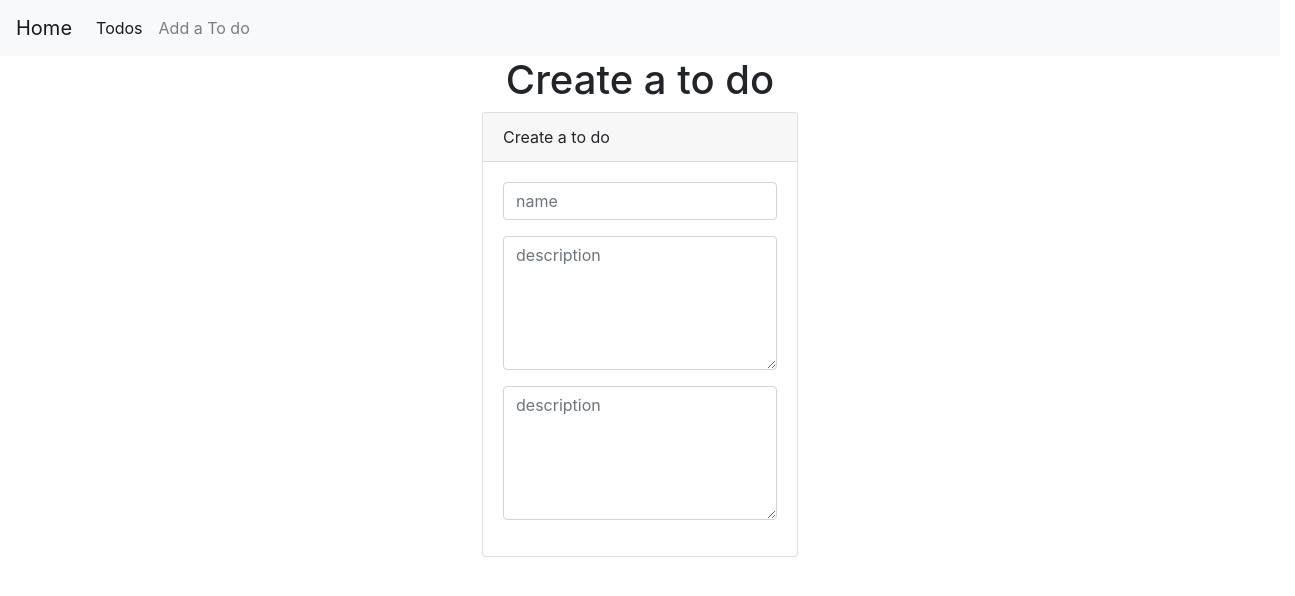
Repository: Azariagmt/laravel-to-do-app
Page: http://localhost/new-to-do
These files come from the project's save history. The page is drawn as it stood at one moment and after a run of saves; the edit follows.
The browser window is 1280 px wide. The page is 1295 px wide, so the pictures cover 1295 px, including what lies to the right of the window. The pictures show the whole page.
The page is served by the project's Laravel application, run on PHP 8.4 with Laravel 8. Other server files are loaded and not shown.

Above is the page before, as saved 2020-04-27 22:57:07.

### routes/web.php
<?php

use Illuminate\Support\Facades\Route;

/*
|--------------------------------------------------------------------------
| Web Routes
|--------------------------------------------------------------------------
|
| Here is where you can register web routes for your application. These
| routes are loaded by the RouteServiceProvider within a group which
| contains the "web" middleware group. Now create something great!
|
*/

Route::get('/', function () {
    return view('welcome');
});

Route::get('/todos', 'TodosController@index')->name('todos');

Route::get('todos/{todo}', 'TodosController@show')->name('todo');

Route::get('/new-to-do', 'TodosController@new')->name('new');

### app/Http/Controllers/TodosController.php
<?php

namespace App\Http\Controllers;

use Illuminate\Http\Request;
use App\Todo;

class TodosController extends Controller
{
    public function index(){
        $todos = Todo::all();
        return view('todos.index', [
            'todos' => $todos
        ]);
    }
    public function show($todoId){

        $todo = Todo::find($todoId);
        return view('todos.show',[
            'todo' => $todo
        ]);
    }
    public function new(){
        return view('todos.new');
    }
}

### resources/views/todos/new.blade.php
@extends('layouts')

@section('content')
<h1 class="text-center">
Create a to do
</h1>
<div class="row justify-content-center">
<div class="card card-default">
<div class="card-header">
Create a to do
</div>
<div class="card-body">
<form action="">
<div class="form-group">
<input type="text" class="form-control" name="name" placeholder="name">
</div>
<div class="form-group">
<textarea type="text-area" class="form-control" placeholder="description" cols="5" rows="5" name="description"></textarea>
</div>
<div class="form-group">
<textarea type="text-area" class="form-control" placeholder="description" cols="5" rows="5" name="description"></textarea>
</div>
</form>
</div>
</div>
</div>
@endsection

### resources/views/layouts.blade.php
<!DOCTYPE html>
<!--[if lt IE 7]>      <html class="no-js lt-ie9 lt-ie8 lt-ie7"> <![endif]-->
<!--[if IE 7]>         <html class="no-js lt-ie9 lt-ie8"> <![endif]-->
<!--[if IE 8]>         <html class="no-js lt-ie9"> <![endif]-->
<!--[if gt IE 8]><!--> <html class="no-js"> <!--<![endif]-->
    <head>
        <meta charset="utf-8">
        <meta http-equiv="X-UA-Compatible" content="IE=edge">
        <title>To do app</title>
        <meta name="description" content="">
        <meta name="viewport" content="width=device-width, initial-scale=1">
        <link rel="stylesheet" href="https://stackpath.bootstrapcdn.com/bootstrap/4.4.1/css/bootstrap.min.css" integrity="sha384-Vkoo8x4CGsO3+Hhxv8T/Q5PaXtkKtu6ug5TOeNV6gBiFeWPGFN9MuhOf23Q9Ifjh" crossorigin="anonymous">
        <link rel="stylesheet" href="">
    </head>
    <body>
        <!--[if lt IE 7]>
            <p class="browsehappy">You are using an <strong>outdated</strong> browser. Please <a href="#">upgrade your browser</a> to improve your experience.</p>
        <![endif]-->
        <nav class="navbar navbar-expand-lg navbar-light bg-light">
  <a class="navbar-brand" href="/">Home</a>
  <button class="navbar-toggler" type="button" data-toggle="collapse" data-target="#navbarNav" aria-controls="navbarNav" aria-expanded="false" aria-label="Toggle navigation">
    <span class="navbar-toggler-icon"></span>
  </button>
  <div class="collapse navbar-collapse" id="navbarNav">
    <ul class="navbar-nav">
      <li class="nav-item active">
        <a class="nav-link" href="{{route('todos')}}">Todos <span class="sr-only">(current)</span></a>
      </li>
      <li class="nav-item">
        <a class="nav-link" href="{{route('new')}}">Add a To do <span class="sr-only">(current)</span></a>
      </li>
    </ul>
  </div>
</nav>
        @yield('content')
        <script src="" async defer></script>
    </body>
</html>

Loaded but not shown: app/Http/Controllers/Controller.php (common file)

After the next 2 saves:
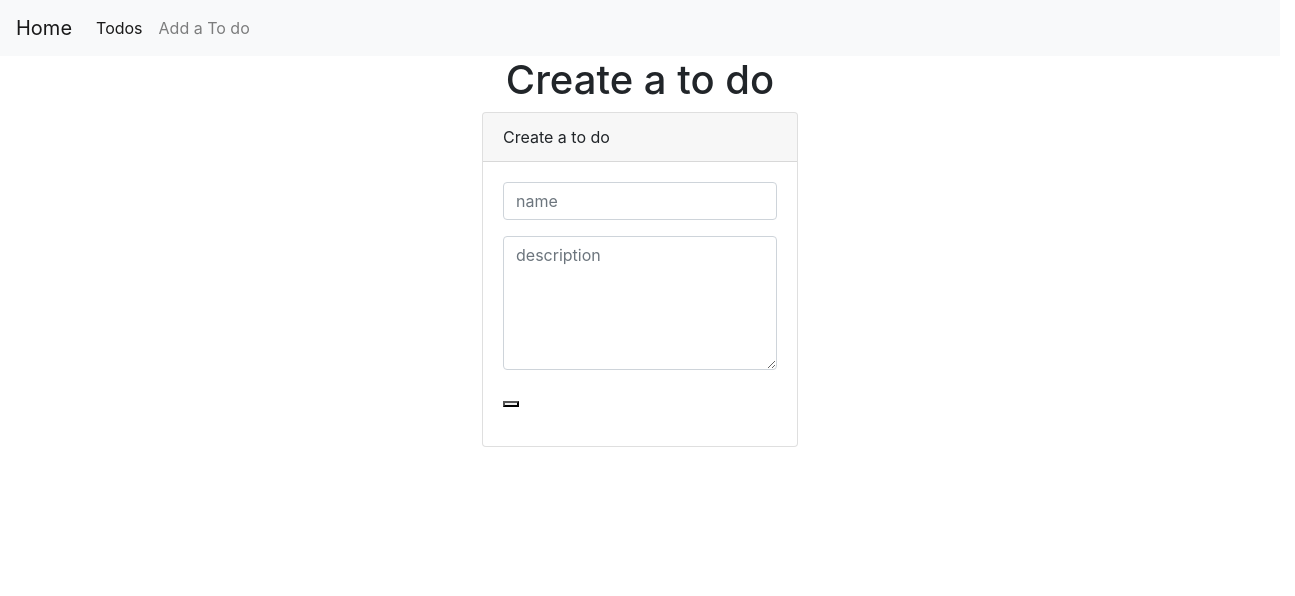
The 2 saves are shown as one change because they came seconds apart.
The last was saved 8 s later.
--- a/resources/views/todos/new.blade.php
+++ b/resources/views/todos/new.blade.php
@@ -18,7 +18,7 @@ Create a to do
 <textarea type="text-area" class="form-control" placeholder="description" cols="5" rows="5" name="description"></textarea>
 </div>
 <div class="form-group">
-<textarea type="text-area" class="form-control" placeholder="description" cols="5" rows="5" name="description"></textarea>
+<button>
 </div>
 </form>
 </div>
